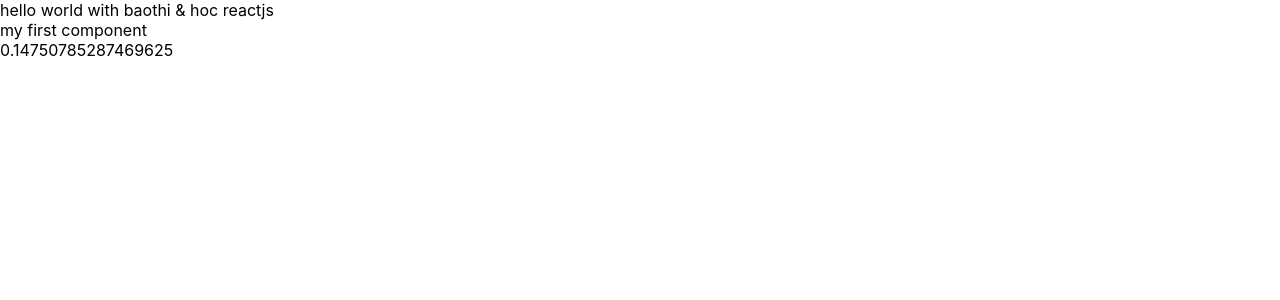
Repository: baothi/base-reactjs
Page: /
The author's editor kept a copy of each file at every save. The page is drawn from the files as they stood at one save, then again after the next save.
The browser window is 1280 px wide. The pictures show the whole page.
The project was rebuilt for these pictures with package versions that can differ from the ones it lists, and the page was loaded fresh each time. Also part of the build but not shown: src/App.css.

Above is the page before, as saved 2022-10-08 13:36:26.

### src/App.js
import logo from './logo.svg';
import './App.css';
import { useDispatch, useSelector } from 'react-redux';
import { increaseCounter, decreaseCounter } from './redux/action/counterAction';
import MyComponent from './components/MyComponent';
import React from 'react';

class App extends React.Component {
  render() {
    return (
      <div>
      hello world with baothi &amp; hoc reactjs
      <MyComponent />
    </div>
    )
  }
}

// function App() {
//   const count = useSelector(state => state.counter.count);
//   const dispatch = useDispatch();
//   return (
//     <div className="App">
//       <header className="App-header">
//         <img src={logo} className="App-logo" alt="logo" />
//         <p>
//           Edit <code>src/App.js</code> and save to reload.
//         </p>
//         <a
//           className="App-link"
//           href="https://reactjs.org"
//           target="_blank"
//           rel="noopener noreferrer"
//         >
//           Learn React
//         </a>
//         <div>Count = {count}</div>
//         <button onClick={() => dispatch(increaseCounter())}>Increase</button>
//         <button onClick={() => dispatch(decreaseCounter())}>Decrease</button>
//       </header>
//     </div>
//   );
// }
export default App;

### src/components/MyComponent.js
import React from "react";

class MyComponent extends React.Component {
    // JSX
    render() {
        return(
            <div>
                my first component <br />
                {Math.random()}
            </div>
        );
    }
}

export default MyComponent;

Loaded but not shown: public/index.html (common file); src/index.js (common file); src/index.css (common file); src/reportWebVitals.js (common file); src/redux/action/counterAction.js (common file)

After the next save:
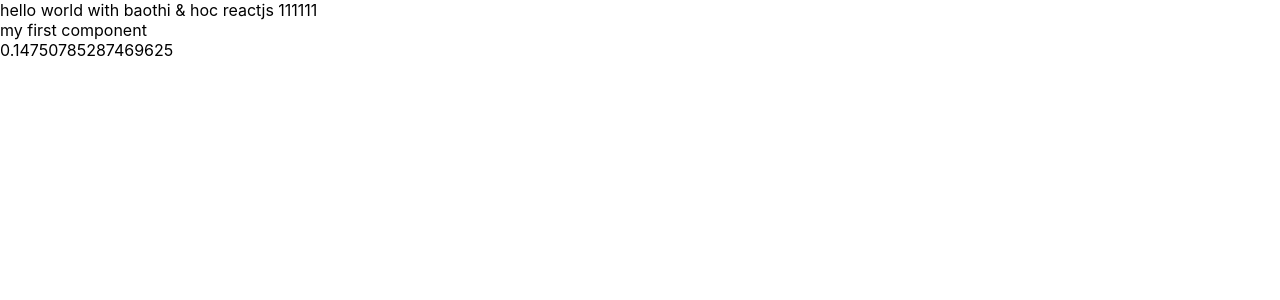
Saved 24 s later.
--- a/src/App.js
+++ b/src/App.js
@@ -9,7 +9,7 @@
   render() {
     return (
       <div>
-      hello world with baothi &amp; hoc reactjs
+      hello world with baothi &amp; hoc reactjs 111111
       <MyComponent />
     </div>
     )
